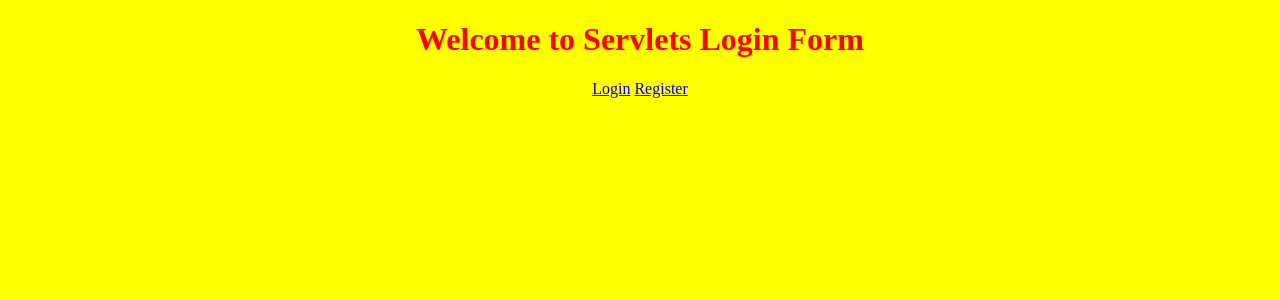
Repository: venugopalakrishnamylavarapu/Naresh-It-Full-Stack-java-Developer
Page: Advanced Java/Coding/Login/src/main/webapp/homepage.html
An editor plug-in stored every save of this project. The page is shown before and after the next save, followed by the edit.
The browser window is 1280 px wide. The pictures show the whole page.

Above is the page before, as saved 2023-02-08 14:57:46.

After the next save:
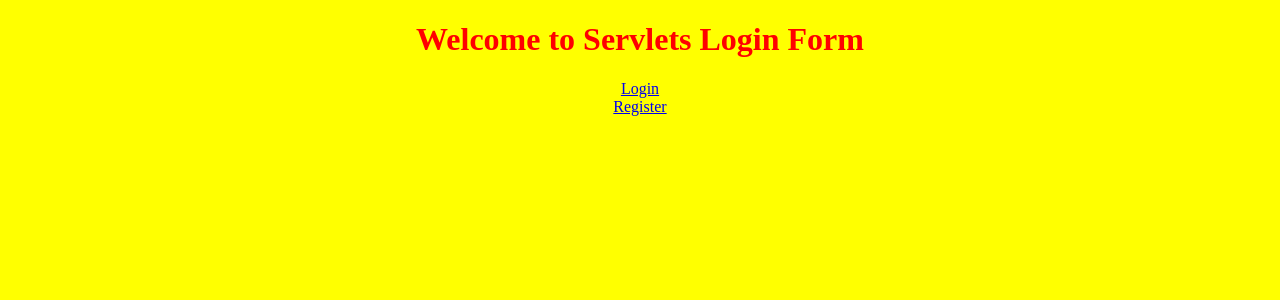
Saved 4 s later.
--- a/Advanced Java/Coding/Login/src/main/webapp/homepage.html
+++ b/Advanced Java/Coding/Login/src/main/webapp/homepage.html
@@ -7,7 +7,7 @@
 <body bgcolor="Yellow" text="red">
 <center>
 <h1>Welcome to Servlets Login Form</h1>
-<a href="login.html">Login</a>
+<a href="login.html">Login</a><br>
 <a href="reg.html">Register</a>
 </center>
 
